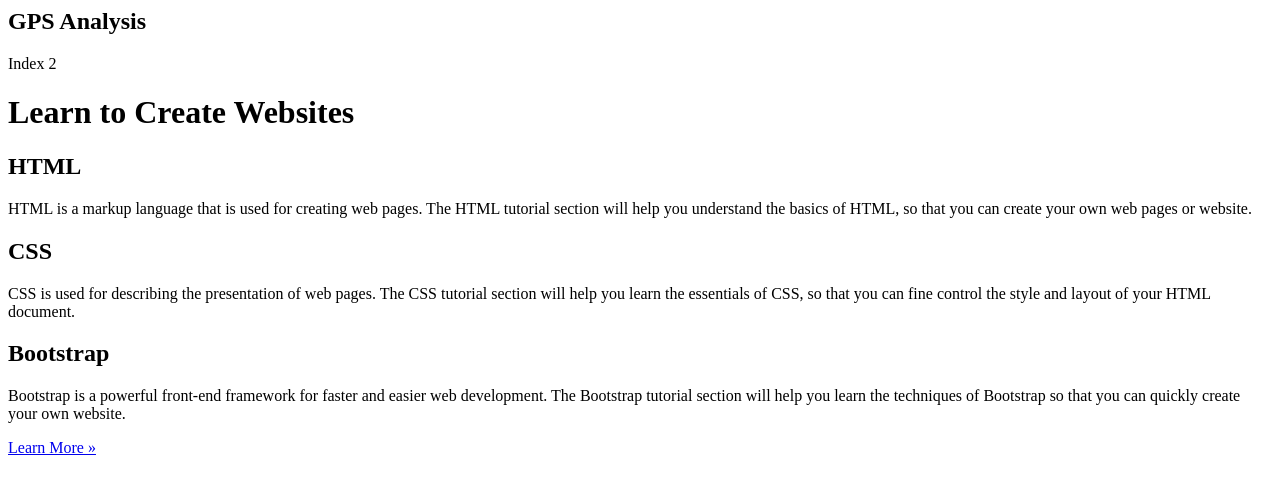
Repository: hanjangchen/Raspberry
Page: prjGAEGPSAnalysis/prjGPSAnalysis/src/static/my_ng_templates/desktop/index_2.html
These files come from the project's save history. The page is drawn as it stood at one moment and after the next save; the edit follows.
The browser window is 1280 px wide. The pictures show the whole page.

Above is the page before, as saved 2014-10-17 22:17:56.

### prjGAEGPSAnalysis/prjGPSAnalysis/src/static/my_ng_templates/desktop/index_2.html
<!-- sub-template for index page -->
<div>
	<h2>GPS Analysis</h2>
	<my-index-gps-data>
	<p>Index 2</p>
	</my-index-gps-data>
</div>



<!--  -->
<div class="container-fluid">
	<div class="jumbotron">
		<h1>Learn to Create Websites</h1>
	</div>
	<div class="row">
		<div class="col-xs-4">
			<h2>HTML</h2>
			<p>HTML is a markup language that is used for creating web pages.
				The HTML tutorial section will help you understand the basics of
				HTML, so that you can create your own web pages or website.</p>
		</div>
		<div class="col-xs-4">
			<h2>CSS</h2>
			<p>CSS is used for describing the presentation of web pages. The
				CSS tutorial section will help you learn the essentials of CSS, so
				that you can fine control the style and layout of your HTML
				document.</p>
		</div>
		<div class="col-xs-4">
			<h2>Bootstrap</h2>
			<p>Bootstrap is a powerful front-end framework for faster and
				easier web development. The Bootstrap tutorial section will help you
				learn the techniques of Bootstrap so that you can quickly create
				your own website.</p>
			<p>
				<a
					href="http://www.tutorialrepublic.com/twitter-bootstrap-tutorial/"
					target="_blank" class="btn btn-success">Learn More &raquo;</a>
			</p>
		</div>
	</div>
</div>

After the next save:
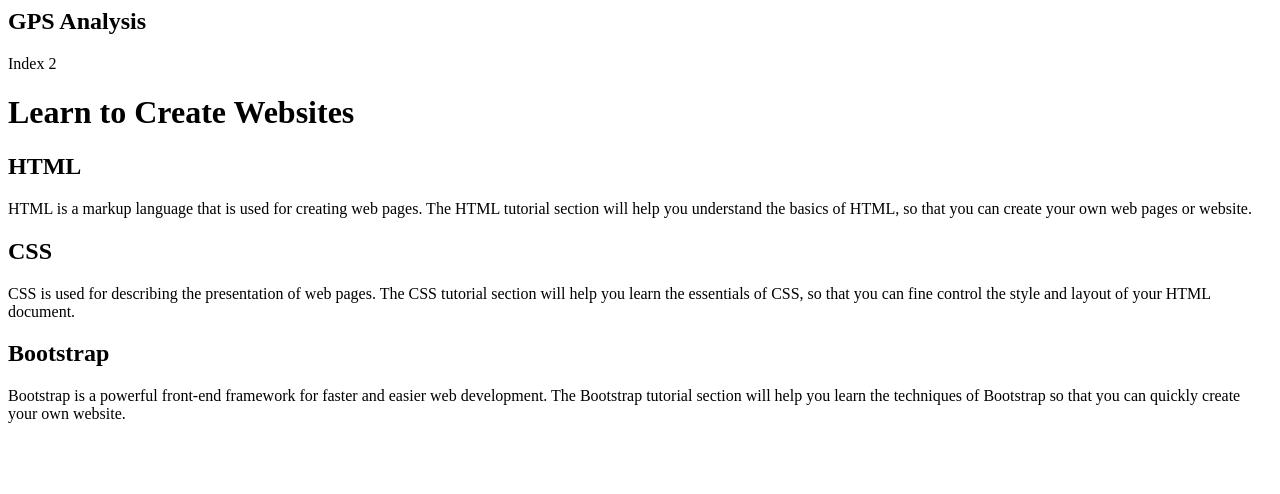
Saved 7 s later.
--- a/prjGAEGPSAnalysis/prjGPSAnalysis/src/static/my_ng_templates/desktop/index_2.html
+++ b/prjGAEGPSAnalysis/prjGPSAnalysis/src/static/my_ng_templates/desktop/index_2.html
@@ -33,11 +33,6 @@
 				easier web development. The Bootstrap tutorial section will help you
 				learn the techniques of Bootstrap so that you can quickly create
 				your own website.</p>
-			<p>
-				<a
-					href="http://www.tutorialrepublic.com/twitter-bootstrap-tutorial/"
-					target="_blank" class="btn btn-success">Learn More &raquo;</a>
-			</p>
 		</div>
 	</div>
 </div>
